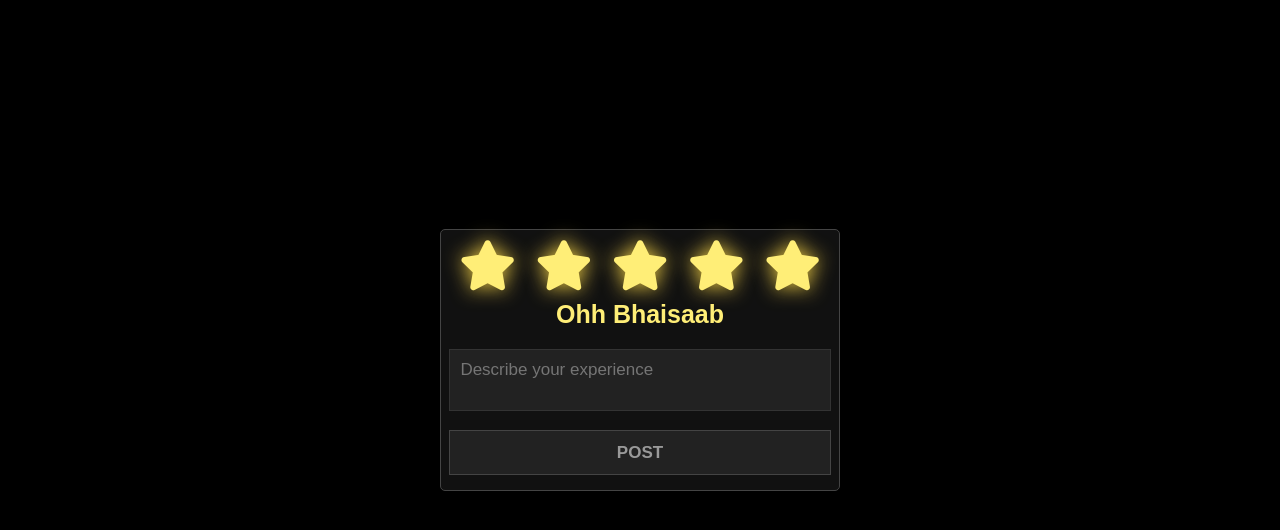
Repository: Suryansh-D/Star-Ratings
Page: index.html
The author's editor kept a copy of each file at every save. The page is drawn from the files as they stood at one save, then again after the next save.
The browser window is 1280 px wide. The pictures show the whole page.
The first `#rate-5` is checked.

Above is the page before, as saved 2024-02-03 10:19:10.

After the next save:
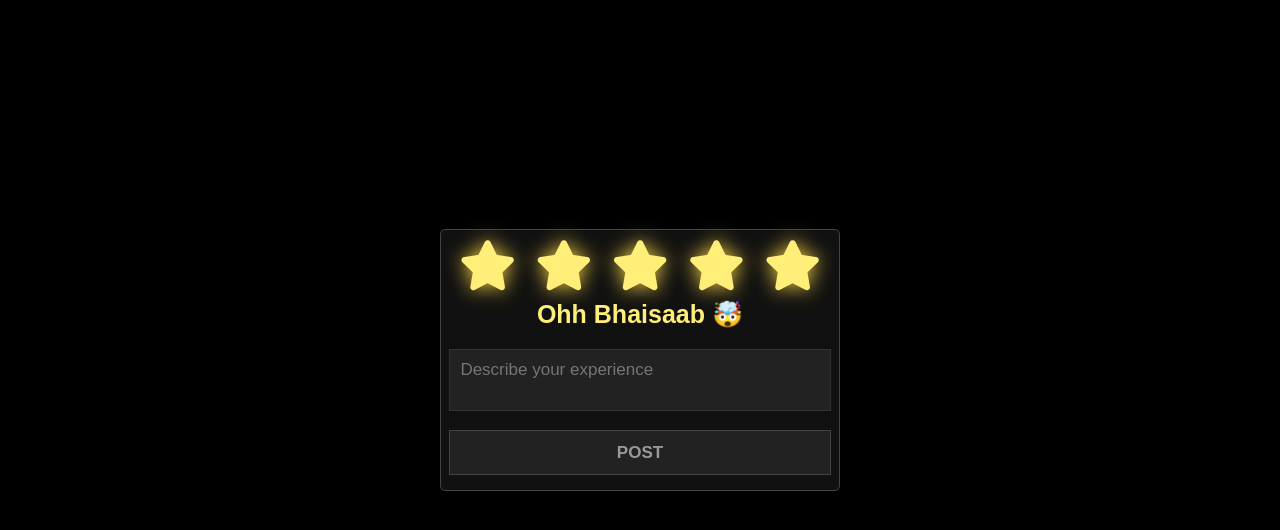
Saved 8 s later.
--- a/style.css
+++ b/style.css
@@ -78,7 +78,7 @@ input#rate-1:checked ~ label{
     content: "Wah yaar😏";
 }
 #rate-5:checked ~ form header:before{
-    content: "Ohh Bhaisaab ";
+    content: "Ohh Bhaisaab 🤯 ";
 }
 
 
